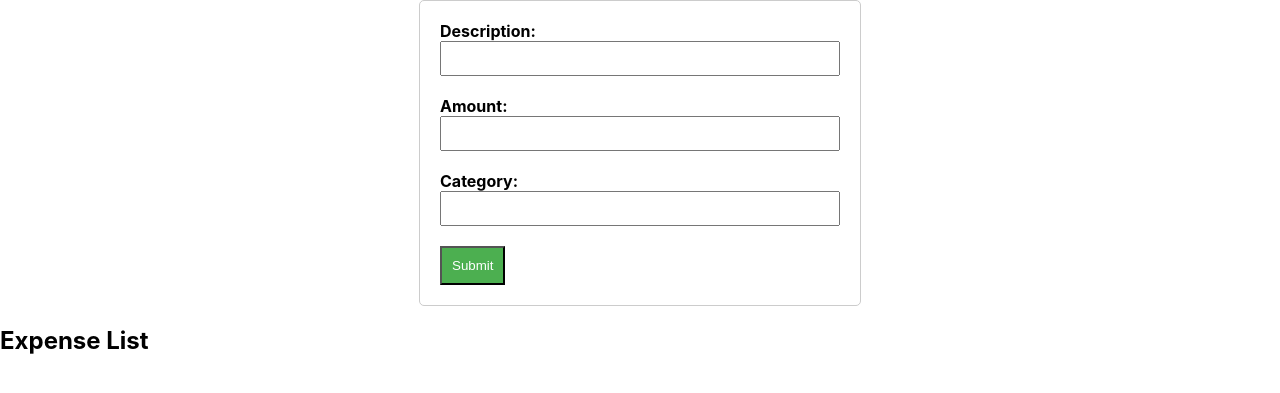
Repository: Victor-MGB/basic-expense-tracker
Page: / (app in expense-tracker/)
An editor plug-in stored every save of this project. The page is shown before and after a run of saves, followed by the edit.
The browser window is 1280 px wide. The pictures show the whole page.
The project was rebuilt for these pictures with package versions that can differ from the ones it lists, and the page was loaded fresh each time. Also part of the build but not shown: expense-tracker/src/component/ExpenseItem.js.

Above is the page before, as saved 2023-12-10 22:45:44.

After the next 2 saves:
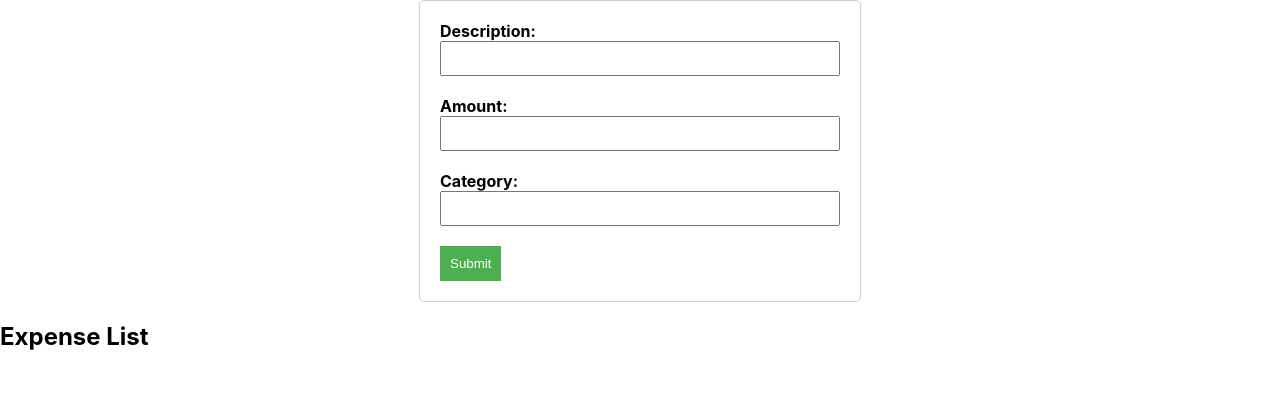
The 2 saves are shown as one change because they came seconds apart.
The last was saved 7 s later.
--- a/expense-tracker/src/component/ExpenseForm.js
+++ b/expense-tracker/src/component/ExpenseForm.js
@@ -64,7 +64,8 @@ export function ExpenseForm({onAddExpense}) {
     const submitButtonStyle ={
         backgroundColor:'#4CAF50',
         color:'white',
-        padding:'10px'
+        padding:'10px',
+        border:'none',
     }
 
     return (
